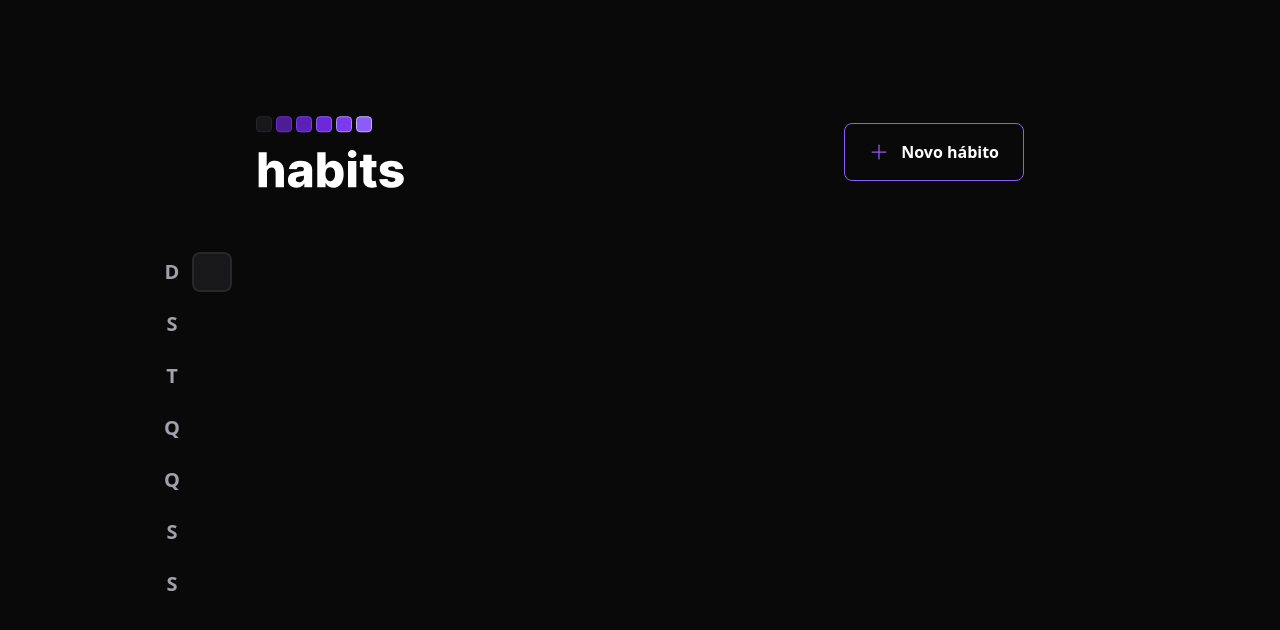
Repository: LuizAGDomingues/Habits-application
Page: /
The author's editor kept a copy of each file at every save. The page is drawn from the files as they stood at one save, then again after the next save.
The browser window is 1280 px wide. The pictures show the whole page.
The project was rebuilt for these pictures with package versions that can differ from the ones it lists, and the page was loaded fresh each time. Also part of the build but not shown: vite.config.ts.

Above is the page before, as saved 2023-01-18 16:21:54.

### src/App.tsx
import Header from './components/Header'
import SummaryTable from './components/SummaryTable'
import './styles/global.css'


function App() {
  return (
    <div className="w-screen h-screen flex items-center justify-center">
      <div className="w-full max-w-5xl px-6 flex flex-col gap-16">
        <Header />
        <SummaryTable />
      </div>
    </div>
  )
}

export default App

### src/components/Header.tsx
import { Plus } from 'phosphor-react'
import logoImage from '../assets/logo.svg'

function Header() {
  return (
    <div className='w-full max-w-3xl mx-auto flex items-center justify-between'>
      <img src={logoImage} alt="Imagem da logo do habits" />
      <button
        className='border border-violet-500 font-semibold rounded-lg px-6 py-4 flex items-center gap-3 hover:border-violet-300'
        type='button'
      >
        <Plus size={20} className='text-violet-500'/>
        Novo hábito
      </button>
    </div>
  )
}

export default Header

### src/components/SummaryTable.tsx

const weekDays = ['D', 'S', 'T', 'Q', 'Q', 'S', 'S']

function SummaryTable() {
  return (
    <div className="w-full flex">
      <div className="grid grid-rows-7 grid-flow-row gap-3">
        {weekDays.map((weekDay, i) => {
          return (
            <div key={`${weekDay}-${i}`} className="text-zinc-400 text-xl h-10 w-10 font-bold flex items-center justify-center">
              {weekDay}
            </div>
          )
        })}
      </div>

      <div className="grid grid-rows-7 grid-flow-col gap-3">
        <div className="w-10 h-10 bg-zinc-900 border-2 border-zinc-800 rounded-lg"></div>
      </div>
    </div>
  )
}

export default SummaryTable

### tailwind.config.cjs
/** @type {import('tailwindcss').Config} */
module.exports = {
  content: [
    "./src/**/*.tsx",
    "./index.html"
  ],
  theme: {
    extend: {
      colors: {
        background: '#09090A'
      },
      gridTemplateRows: {
        7: 'repeat(7, minmax(0, 1fr))'
      }
    },
  },
  plugins: [],
}

### src/components/HabitDay.tsx

function HabitDay() {
  return (
    <div>HabitDay</div>
  )
}

export default HabitDay

Loaded but not shown: index.html (common file); src/main.tsx (common file); src/styles/global.css (common file)

After the next save:
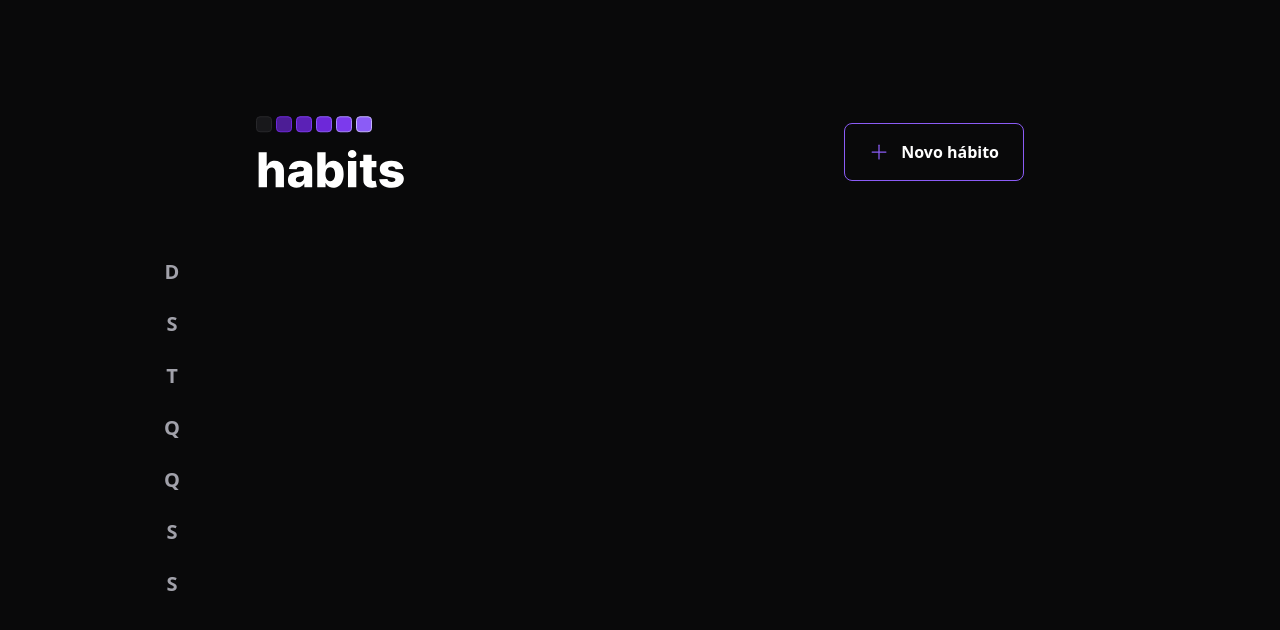
Saved 24 s later.
--- a/src/components/SummaryTable.tsx
+++ b/src/components/SummaryTable.tsx
@@ -15,7 +15,7 @@
       </div>
 
       <div className="grid grid-rows-7 grid-flow-col gap-3">
-        <div className="w-10 h-10 bg-zinc-900 border-2 border-zinc-800 rounded-lg"></div>
+
       </div>
     </div>
   )

After the 2 saves that followed:
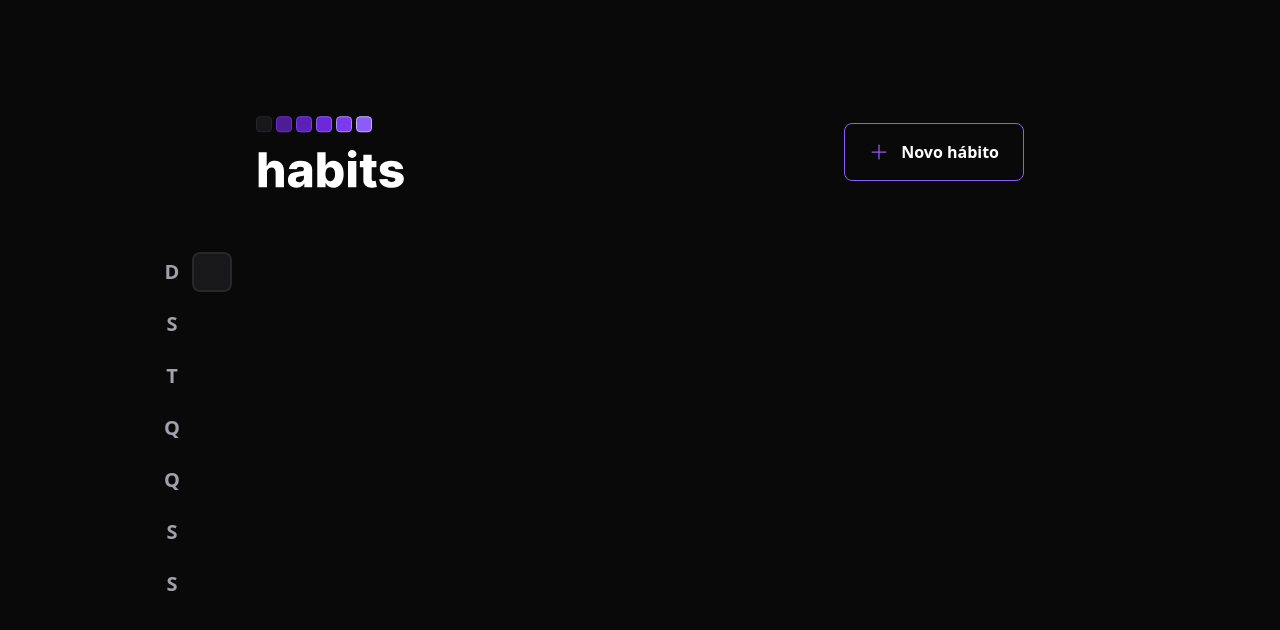
The 2 saves are shown as one change because 1 left the picture as it was.
The last was saved 8 s later.
--- a/src/components/SummaryTable.tsx
+++ b/src/components/SummaryTable.tsx
@@ -1,3 +1,4 @@
+import HabitDay from "./HabitDay"
 
 const weekDays = ['D', 'S', 'T', 'Q', 'Q', 'S', 'S']
 
@@ -15,7 +16,7 @@
       </div>
 
       <div className="grid grid-rows-7 grid-flow-col gap-3">
-
+        <HabitDay />
       </div>
     </div>
   )
--- a/src/components/HabitDay.tsx
+++ b/src/components/HabitDay.tsx
@@ -1,7 +1,7 @@
 
 function HabitDay() {
   return (
-    <div>HabitDay</div>
+    <div className="w-10 h-10 bg-zinc-900 border-2 border-zinc-800 rounded-lg"></div>
   )
 }
 
